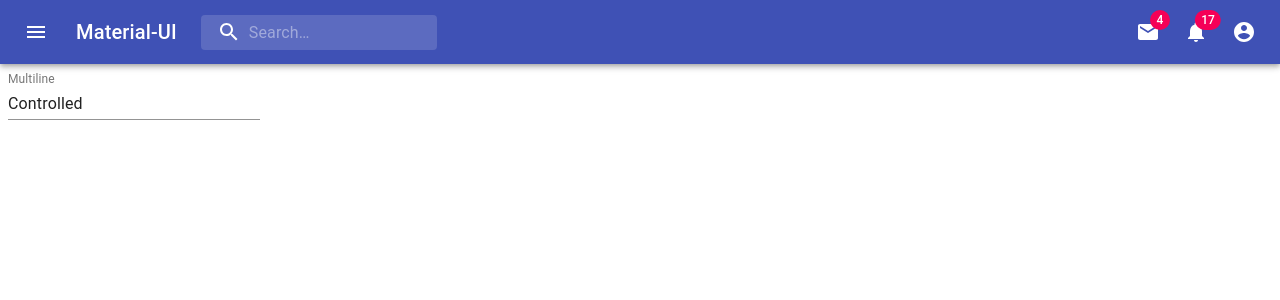
Repository: lude22/react_chat
Page: /
The author's editor kept a copy of each file at every save. The page is drawn from the files as they stood at one save, then again after the next save.
The browser window is 1280 px wide. The pictures show the whole page.
The project was rebuilt for these pictures with package versions that can differ from the ones it lists, and the page was loaded fresh each time. Also part of the build but not shown: webpack.config.js, src/App.css.

Above is the page before, as saved 2020-08-02 11:04:31.

### src/App.js
import React, {Component} from 'react';
// import logo from './logo.svg';
import './App.css';
import ButtonAppSearchBar from './components/ButtonAppSearchBar.js'
import InputField from './components/InputField.js'

class App extends Component{
  render(){
    return(
      <React.Fragment>
        <ButtonAppSearchBar />
        <InputField />
      </React.Fragment>
    )
  }
}

// function App() {
//   return (
//     <div className="App">
//       <header className="App-header">
//         <img src={logo} className="App-logo" alt="logo" />
//         <p>
//           Edit <code>src/App.js</code> and save to reload.
//         </p>
//         <a
//           className="App-link"
//           href="https://reactjs.org"
//           target="_blank"
//           rel="noopener noreferrer"
//         >
//           Learn React
//         </a>
//       </header>
//     </div>
//   );
// }

export default App;

### src/components/ButtonAppSearchBar.js
import React from 'react';
import { fade, makeStyles } from '@material-ui/core/styles';
import AppBar from '@material-ui/core/AppBar';
import Toolbar from '@material-ui/core/Toolbar';
import IconButton from '@material-ui/core/IconButton';
import Typography from '@material-ui/core/Typography';
import InputBase from '@material-ui/core/InputBase';
import Badge from '@material-ui/core/Badge';
import MenuItem from '@material-ui/core/MenuItem';
import Menu from '@material-ui/core/Menu';
import MenuIcon from '@material-ui/icons/Menu';
import SearchIcon from '@material-ui/icons/Search';
import AccountCircle from '@material-ui/icons/AccountCircle';
import MailIcon from '@material-ui/icons/Mail';
import NotificationsIcon from '@material-ui/icons/Notifications';
import MoreIcon from '@material-ui/icons/MoreVert';

const useStyles = makeStyles((theme) => ({
  grow: {
    flexGrow: 1,
  },
  menuButton: {
    marginRight: theme.spacing(2),
  },
  title: {
    display: 'none',
    [theme.breakpoints.up('sm')]: {
      display: 'block',
    },
  },
  search: {
    position: 'relative',
    borderRadius: theme.shape.borderRadius,
    backgroundColor: fade(theme.palette.common.white, 0.15),
    '&:hover': {
      backgroundColor: fade(theme.palette.common.white, 0.25),
    },
    marginRight: theme.spacing(2),
    marginLeft: 0,
    width: '100%',
    [theme.breakpoints.up('sm')]: {
      marginLeft: theme.spacing(3),
      width: 'auto',
    },
  },
  searchIcon: {
    padding: theme.spacing(0, 2),
    height: '100%',
    position: 'absolute',
    pointerEvents: 'none',
    display: 'flex',
    alignItems: 'center',
    justifyContent: 'center',
  },
  inputRoot: {
    color: 'inherit',
  },
  inputInput: {
    padding: theme.spacing(1, 1, 1, 0),
    // vertical padding + font size from searchIcon
    paddingLeft: `calc(1em + ${theme.spacing(4)}px)`,
    transition: theme.transitions.create('width'),
    width: '100%',
    [theme.breakpoints.up('md')]: {
      width: '20ch',
    },
  },
  sectionDesktop: {
    display: 'none',
    [theme.breakpoints.up('md')]: {
      display: 'flex',
    },
  },
  sectionMobile: {
    display: 'flex',
    [theme.breakpoints.up('md')]: {
      display: 'none',
    },
  },
}));

export default function PrimarySearchAppBar() {
  const classes = useStyles();
  const [anchorEl, setAnchorEl] = React.useState(null);
  const [mobileMoreAnchorEl, setMobileMoreAnchorEl] = React.useState(null);

  const isMenuOpen = Boolean(anchorEl);
  const isMobileMenuOpen = Boolean(mobileMoreAnchorEl);

  const handleProfileMenuOpen = (event) => {
    setAnchorEl(event.currentTarget);
  };

  const handleMobileMenuClose = () => {
    setMobileMoreAnchorEl(null);
  };

  const handleMenuClose = () => {
    setAnchorEl(null);
    handleMobileMenuClose();
  };

  const handleMobileMenuOpen = (event) => {
    setMobileMoreAnchorEl(event.currentTarget);
  };

  const menuId = 'primary-search-account-menu';
  const renderMenu = (
    <Menu
      anchorEl={anchorEl}
      anchorOrigin={{ vertical: 'top', horizontal: 'right' }}
      id={menuId}
      keepMounted
      transformOrigin={{ vertical: 'top', horizontal: 'right' }}
      open={isMenuOpen}
      onClose={handleMenuClose}
    >
      <MenuItem onClick={handleMenuClose}>Profile</MenuItem>
      <MenuItem onClick={handleMenuClose}>My account</MenuItem>
    </Menu>
  );

  const mobileMenuId = 'primary-search-account-menu-mobile';
  const renderMobileMenu = (
    <Menu
      anchorEl={mobileMoreAnchorEl}
      anchorOrigin={{ vertical: 'top', horizontal: 'right' }}
      id={mobileMenuId}
      keepMounted
      transformOrigin={{ vertical: 'top', horizontal: 'right' }}
      open={isMobileMenuOpen}
      onClose={handleMobileMenuClose}
    >
      <MenuItem>
        <IconButton aria-label="show 4 new mails" color="inherit">
          <Badge badgeContent={4} color="secondary">
            <MailIcon />
          </Badge>
        </IconButton>
        <p>Messages</p>
      </MenuItem>
      <MenuItem>
        <IconButton aria-label="show 11 new notifications" color="inherit">
          <Badge badgeContent={11} color="secondary">
            <NotificationsIcon />
          </Badge>
        </IconButton>
        <p>Notifications</p>
      </MenuItem>
      <MenuItem onClick={handleProfileMenuOpen}>
        <IconButton
          aria-label="account of current user"
          aria-controls="primary-search-account-menu"
          aria-haspopup="true"
          color="inherit"
        >
          <AccountCircle />
        </IconButton>
        <p>Profile</p>
      </MenuItem>
    </Menu>
  );

  return (
    <div className={classes.grow}>
      <AppBar position="static">
        <Toolbar>
          <IconButton
            edge="start"
            className={classes.menuButton}
            color="inherit"
            aria-label="open drawer"
          >
            <MenuIcon />
          </IconButton>
          <Typography className={classes.title} variant="h6" noWrap>
            Material-UI
          </Typography>
          <div className={classes.search}>
            <div className={classes.searchIcon}>
              <SearchIcon />
            </div>
            <InputBase
              placeholder="Search…"
              classes={{
                root: classes.inputRoot,
                input: classes.inputInput,
              }}
              inputProps={{ 'aria-label': 'search' }}
            />
          </div>
          <div className={classes.grow} />
          <div className={classes.sectionDesktop}>
            <IconButton aria-label="show 4 new mails" color="inherit">
              <Badge badgeContent={4} color="secondary">
                <MailIcon />
              </Badge>
            </IconButton>
            <IconButton aria-label="show 17 new notifications" color="inherit">
              <Badge badgeContent={17} color="secondary">
                <NotificationsIcon />
              </Badge>
            </IconButton>
            <IconButton
              edge="end"
              aria-label="account of current user"
              aria-controls={menuId}
              aria-haspopup="true"
              onClick={handleProfileMenuOpen}
              color="inherit"
            >
              <AccountCircle />
            </IconButton>
          </div>
          <div className={classes.sectionMobile}>
            <IconButton
              aria-label="show more"
              aria-controls={mobileMenuId}
              aria-haspopup="true"
              onClick={handleMobileMenuOpen}
              color="inherit"
            >
              <MoreIcon />
            </IconButton>
          </div>
        </Toolbar>
      </AppBar>
      {renderMobileMenu}
      {renderMenu}
    </div>
  );
}

### src/components/InputField.js
import React from 'react';
import { makeStyles } from '@material-ui/core/styles';
import TextField from '@material-ui/core/TextField';

const useStyles = makeStyles((theme) => ({
  root: {
    '& .MuiTextField-root': {
      margin: theme.spacing(1),
      width: '25ch',
    },
  },
}));

export default function MultilineTextFields() {
  const classes = useStyles();
  const [value, setValue] = React.useState('Controlled');

  const handleChange = (event) => {
    setValue(event.target.value);
  };

  return (
    <form className={classes.root} noValidate autoComplete="off">
      <div>
        <TextField
          id="standard-multiline-flexible"
          label="Multiline"
          multiline
          rowsMax={4}
          value={value}
          onChange={handleChange}
        />
        {/* <TextField
          id="standard-textarea"
          label="Multiline Placeholder"
          placeholder="Placeholder"
          multiline
        />
        <TextField
          id="standard-multiline-static"
          label="Multiline"
          multiline
          rows={4}
          defaultValue="Default Value"
        />
      </div>
      <div>
        <TextField
          id="filled-multiline-flexible"
          label="Multiline"
          multiline
          rowsMax={4}
          value={value}
          onChange={handleChange}
          variant="filled"
        />
        <TextField
          id="filled-textarea"
          label="Multiline Placeholder"
          placeholder="Placeholder"
          multiline
          variant="filled"
        />
        <TextField
          id="filled-multiline-static"
          label="Multiline"
          multiline
          rows={4}
          defaultValue="Default Value"
          variant="filled"
        />
      </div>
      <div>
        <TextField
          id="outlined-multiline-flexible"
          label="Multiline"
          multiline
          rowsMax={4}
          value={value}
          onChange={handleChange}
          variant="outlined"
        />
        <TextField
          id="outlined-textarea"
          label="Multiline Placeholder"
          placeholder="Placeholder"
          multiline
          variant="outlined"
        />
        <TextField
          id="outlined-multiline-static"
          label="Multiline"
          multiline
          rows={4}
          defaultValue="Default Value"
          variant="outlined"
        /> */}
      </div>
    </form>
  );
}

Loaded but not shown: public/index.html (common file); src/index.js (common file); src/index.css (common file); src/serviceWorker.js (common file)

After the next save:
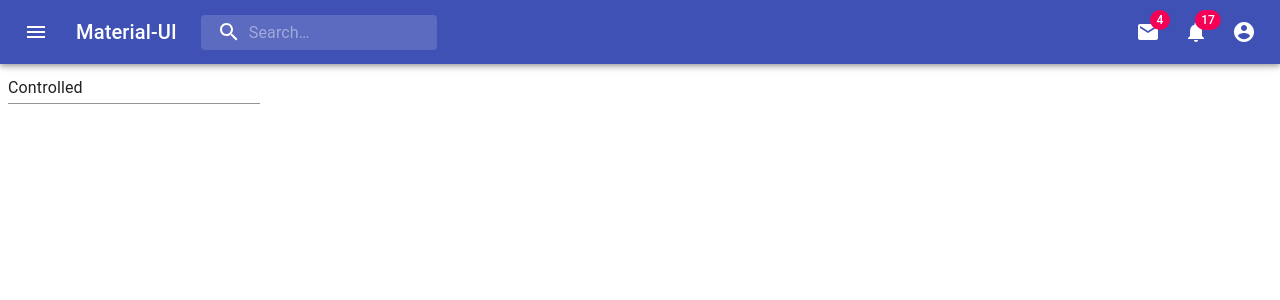
Saved 24 s later.
--- a/src/components/InputField.js
+++ b/src/components/InputField.js
@@ -24,7 +24,7 @@ export default function MultilineTextFields() {
       <div>
         <TextField
           id="standard-multiline-flexible"
-          label="Multiline"
+        //   label="Multiline"
           multiline
           rowsMax={4}
           value={value}
